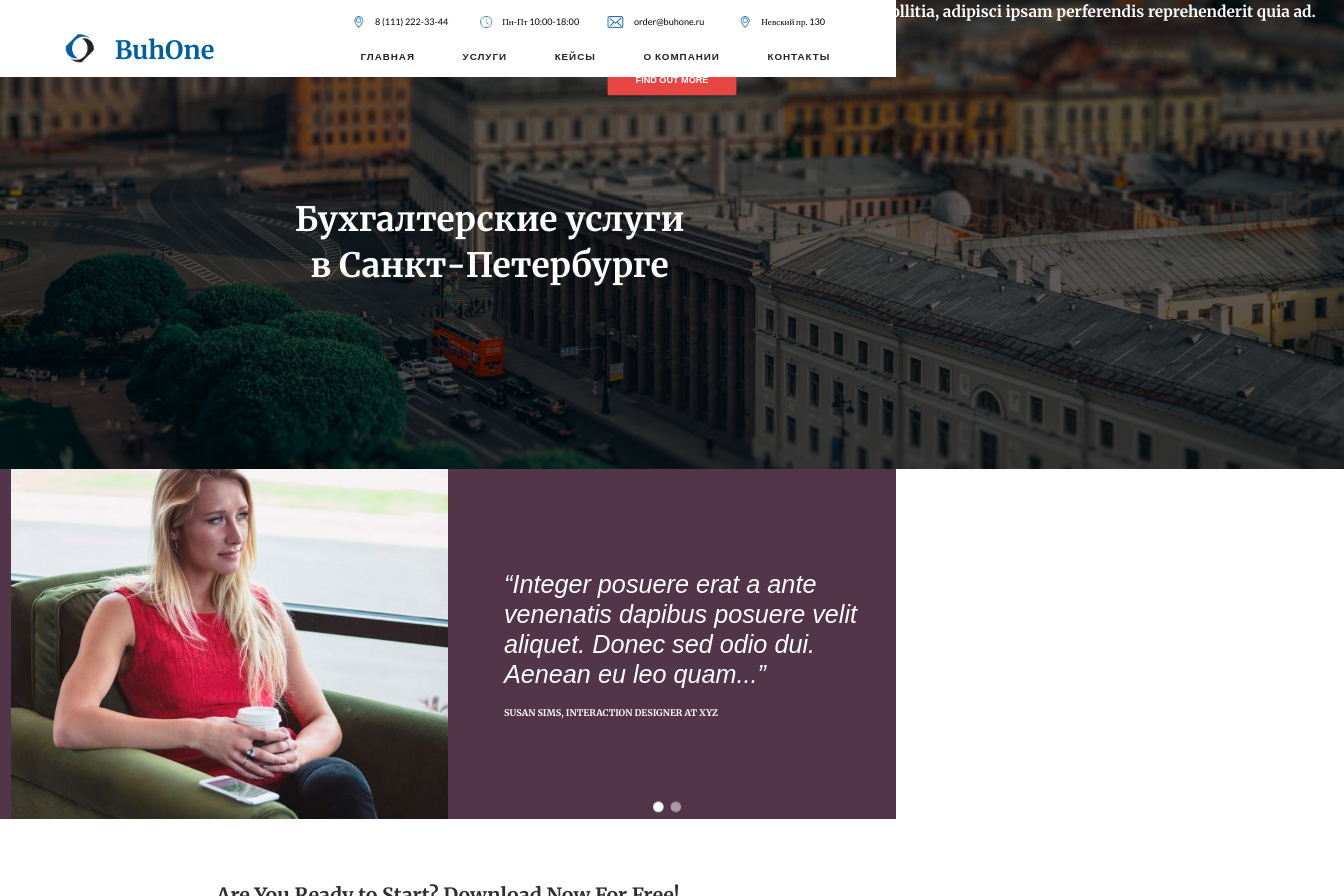
Repository: ZetsubouBilly/test
Page: index.html
These files come from the project's save history. The page is drawn as it stood at one moment and after a run of saves; the edit follows.
The browser window is 1280 px wide. The page is 1920 px wide, so the pictures cover 1920 px, including what lies to the right of the window. The pictures show the part of the page from y = 0 to 1280 px (the page is 1803 px tall), at 70% of full size.

Above is the page before, as saved 2023-05-13 13:25:58.

After the next 2 saves:
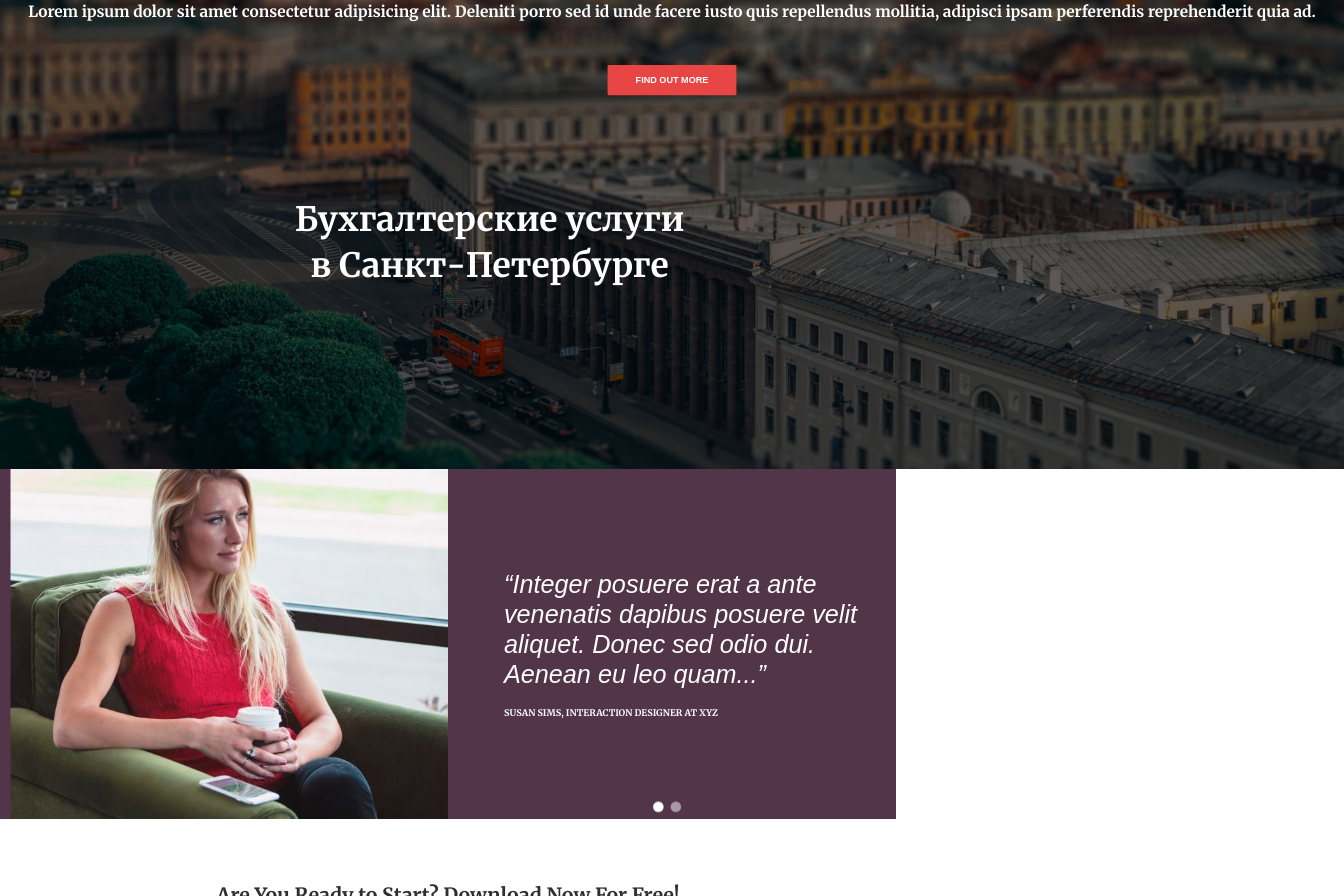
The 2 saves are shown as one change because they came seconds apart.
The last was saved 3 min 47 s later.
--- a/css/style.css
+++ b/css/style.css
@@ -172,7 +172,7 @@
 ==================== */
 
 .intro {
-    /* position: absolute; */
+    position: relative;
     width: 1920px;
     height: 670px;
     /* left: 0px;

After the save that followed:
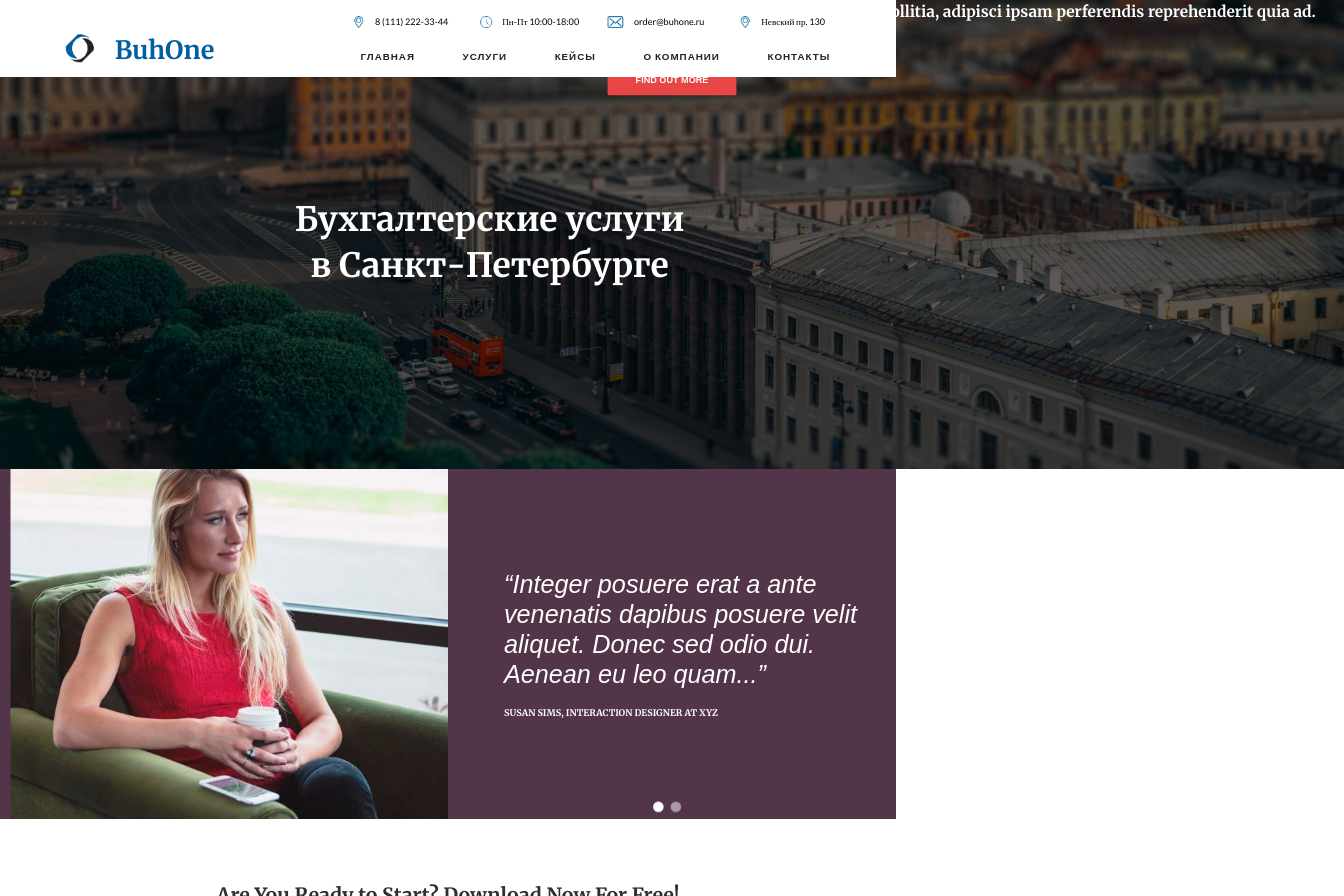
Saved 23 s later.
--- a/css/style.css
+++ b/css/style.css
@@ -172,7 +172,7 @@
 ==================== */
 
 .intro {
-    position: relative;
+    /* position: relative; */
     width: 1920px;
     height: 670px;
     /* left: 0px;
